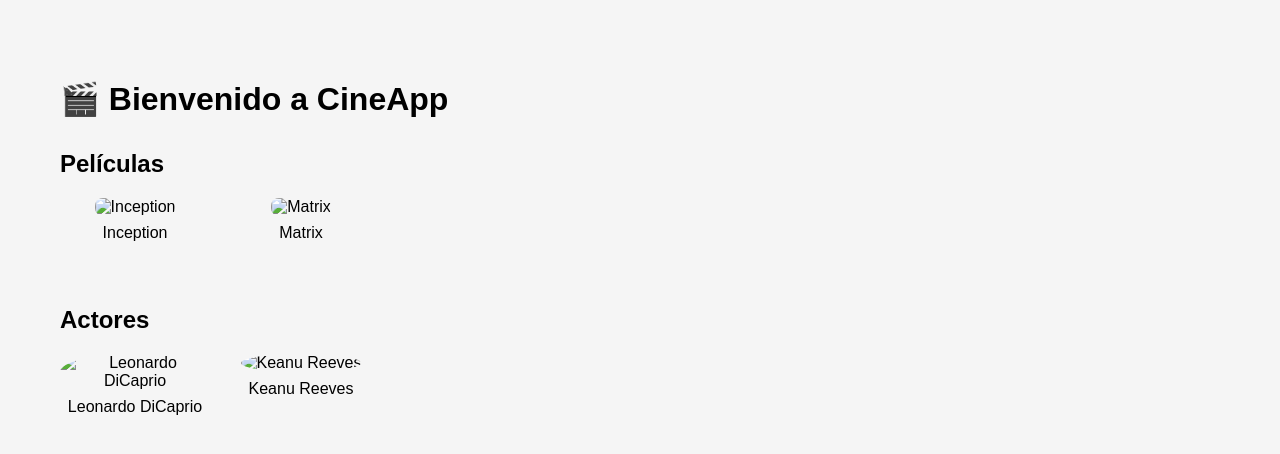
Repository: osoriomrs/ICS_IA
Page: / (app in ejer_11.1/)
These files come from the project's save history. The page is drawn as it stood at one moment and after the next save; the edit follows.
The browser window is 1280 px wide. The pictures show the whole page.
The project was rebuilt for these pictures with package versions that can differ from the ones it lists, and the page was loaded fresh each time. The framework's server and built-in components were replaced by stand-ins that run in the browser. Also part of the build but not shown: ejer_11.1/next.config.mjs.

Above is the page before, as saved 2026-02-05 10:50:55.

After the next save:
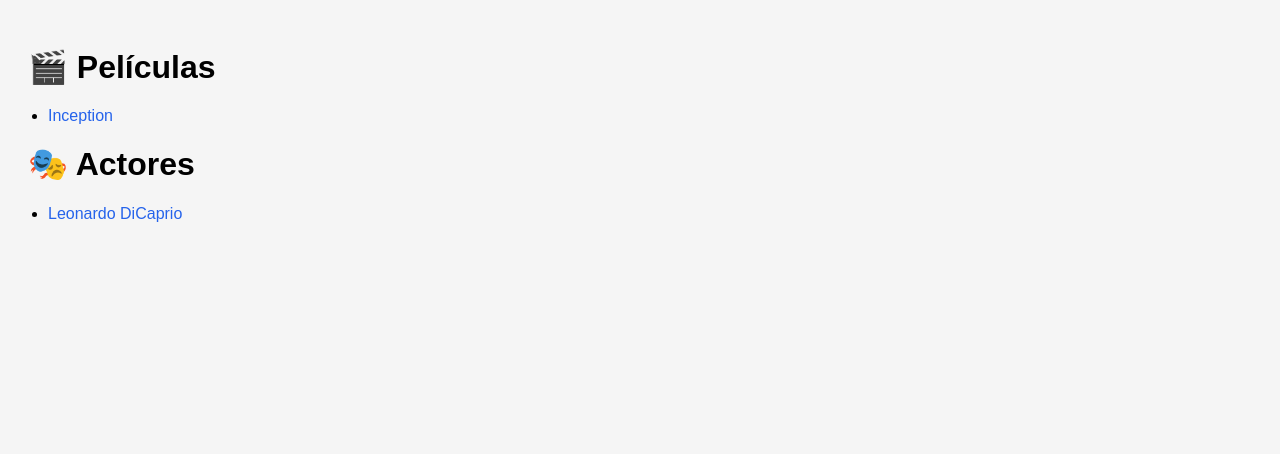
Saved 108 s later.
--- a/ejer_11.1/app/page.js
+++ b/ejer_11.1/app/page.js
@@ -1,47 +1,30 @@
-// app/page.js
-import Link from 'next/link';
-import { MOVIES, ACTORS } from '../lib/cinema';
+import Link from "next/link"
+import { movies, actors } from "./data/data"
 
 export default function HomePage() {
   return (
-    <main style={{ padding: '2rem', fontFamily: 'sans-serif' }}>
-      <h1>🎬 Bienvenido a CineApp</h1>
+    <div>
+      <h1>🎬 Películas</h1>
+      <ul>
+        {movies.map(movie => (
+          <li key={movie.id}>
+            <Link href={`/movies/${movie.id}`}>
+              {movie.title}
+            </Link>
+          </li>
+        ))}
+      </ul>
 
-      <section style={{ marginTop: '2rem' }}>
-        <h2>Películas</h2>
-        <ul style={{ display: 'flex', flexWrap: 'wrap', gap: '1rem', listStyle: 'none', padding: 0 }}>
-          {MOVIES.map((movie) => (
-            <li key={movie.id} style={{ width: '150px', textAlign: 'center' }}>
-              <Link href={`/movies/${movie.id}`} style={{ textDecoration: 'none', color: 'inherit' }}>
-                <img
-                  src={movie.poster}
-                  alt={movie.title}
-                  style={{ width: '100%', borderRadius: '8px' }}
-                />
-                <p style={{ marginTop: '0.5rem' }}>{movie.title}</p>
-              </Link>
-            </li>
-          ))}
-        </ul>
-      </section>
-
-      <section style={{ marginTop: '3rem' }}>
-        <h2>Actores</h2>
-        <ul style={{ display: 'flex', flexWrap: 'wrap', gap: '1rem', listStyle: 'none', padding: 0 }}>
-          {ACTORS.map((actor) => (
-            <li key={actor.id} style={{ width: '150px', textAlign: 'center' }}>
-              <Link href={`/actors/${actor.id}`} style={{ textDecoration: 'none', color: 'inherit' }}>
-                <img
-                  src={actor.photo}
-                  alt={actor.name}
-                  style={{ width: '100%', borderRadius: '50%' }}
-                />
-                <p style={{ marginTop: '0.5rem' }}>{actor.name}</p>
-              </Link>
-            </li>
-          ))}
-        </ul>
-      </section>
-    </main>
-  );
+      <h1>🎭 Actores</h1>
+      <ul>
+        {actors.map(actor => (
+          <li key={actor.id}>
+            <Link href={`/actors/${actor.id}`}>
+              {actor.name}
+            </Link>
+          </li>
+        ))}
+      </ul>
+    </div>
+  )
 }
